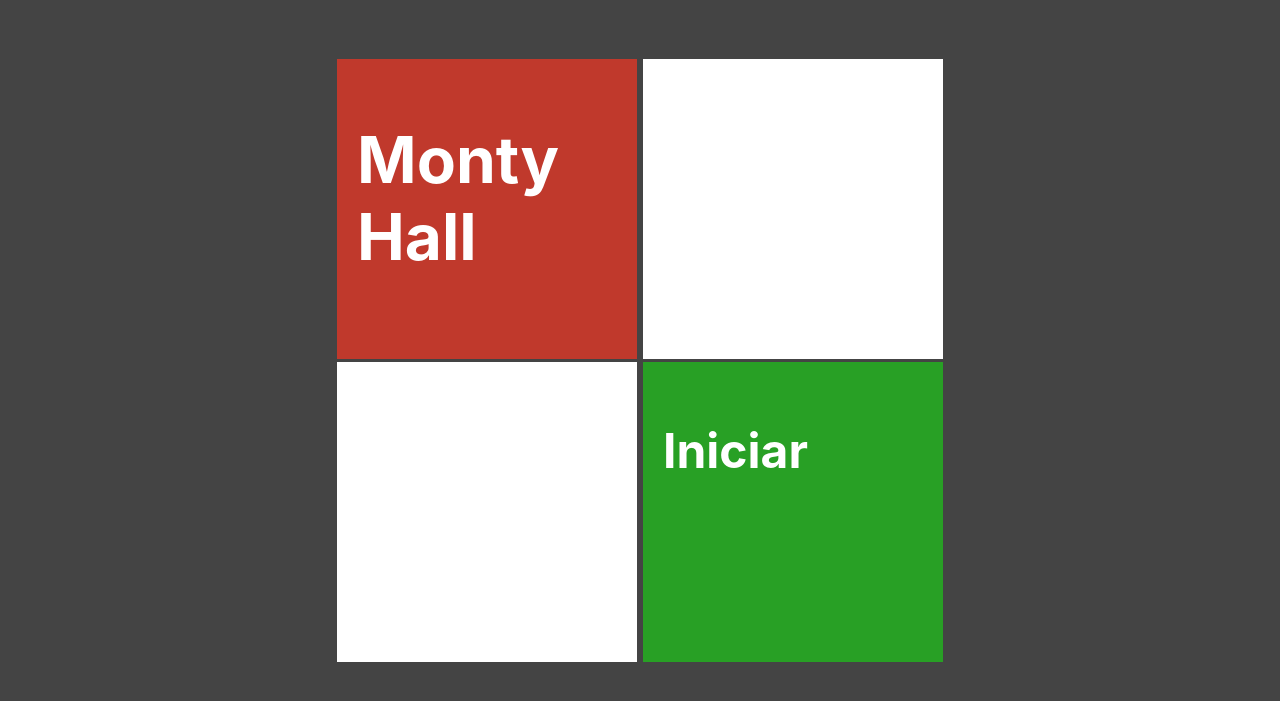
Repository: Mira757/Projeto-Porta-Premiada
Page: /
The author's editor kept a copy of each file at every save. The page is drawn from the files as they stood at one save, then again after a run of saves.
The browser window is 1280 px wide. The pictures show the whole page.
The project was rebuilt for these pictures with package versions that can differ from the ones it lists, and the page was loaded fresh each time. The framework's server and built-in components were replaced by stand-ins that run in the browser. Also part of the build but not shown: next.config.js.

Above is the page before, as saved 2022-03-22 18:41:38.

After the next 2 saves:
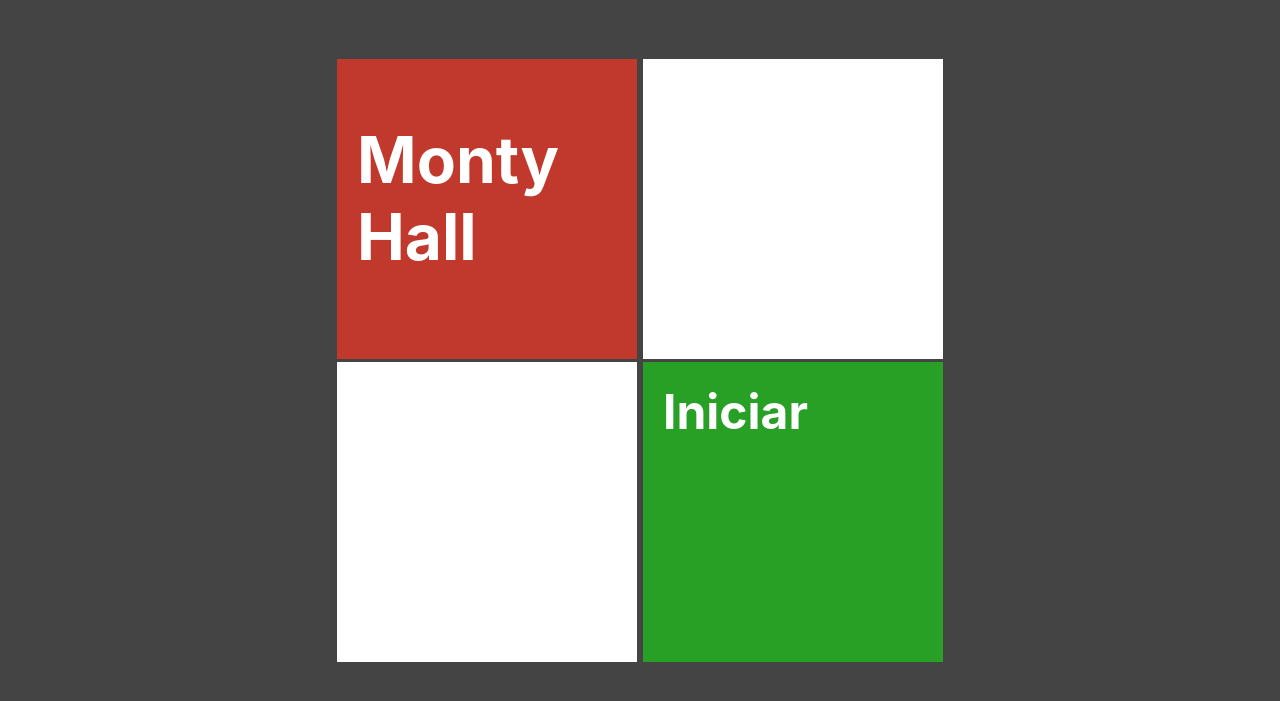
The 2 saves are shown as one change because 1 did not build or start.
The last was saved 43 s later.
--- a/pages/index.tsx
+++ b/pages/index.tsx
@@ -13,7 +13,7 @@ export default function Formulario () {
       <Cartao></Cartao>
       <Cartao bgcolor="#28a025">
         <Link href={`/jogo/4/2`}>
-          <h2 style={{flex: "1"}}>Iniciar</h2>
+          <h2 style={{flex: "1", margin: "0px"}}>Iniciar</h2>
         </Link>
       </Cartao>
     </div>
